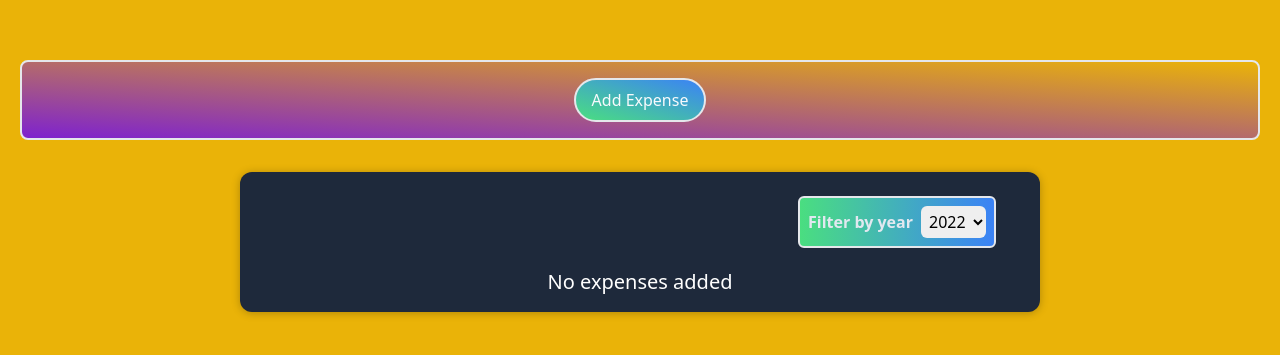
Repository: Sef24/expense-tracker
Page: /
The author's editor kept a copy of each file at every save. The page is drawn from the files as they stood at one save, then again after the next save.
The browser window is 1280 px wide. The pictures show the whole page.
The project was rebuilt for these pictures with package versions that can differ from the ones it lists, and the page was loaded fresh each time. Also part of the build but not shown: src/components/ExpenseItem.css, src/components/ExpenseDate.css, src/components/ExpenseDate.js, src/components/ExpenseItem.js, src/components/NewExpense/NewExpense.css, src/components/NewExpense/ExpenseForm.css, src/components/NewExpense/ExpenseForm.js.

Above is the page before, as saved 2022-05-03 20:37:41.

After the next save:
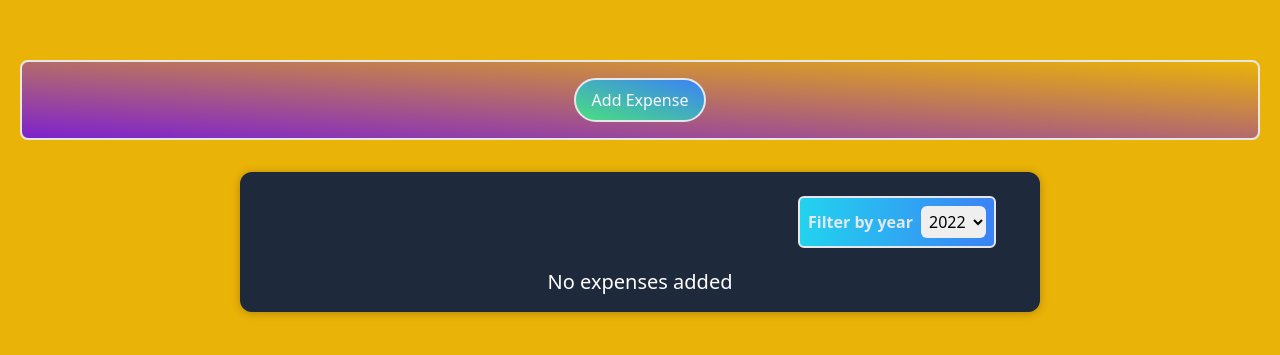
Saved 16 s later.
--- a/src/components/NewExpense/ExpensesFilter.js
+++ b/src/components/NewExpense/ExpensesFilter.js
@@ -9,7 +9,7 @@ const ExpensesFilter = (props) => {
       <div className="flex justify-end p-2 mr-5 ">
         <div
           className="border-2 rounded-md border-inherit p-2 ml-6
-        bg-gradient-to-r from-green-400 to-blue-500
+        bg-gradient-to-r from-cyan-400 to-blue-500
         hover:from-pink-500 hover:to-yellow-500 ...
         active:opacity-75 ..."
         >
